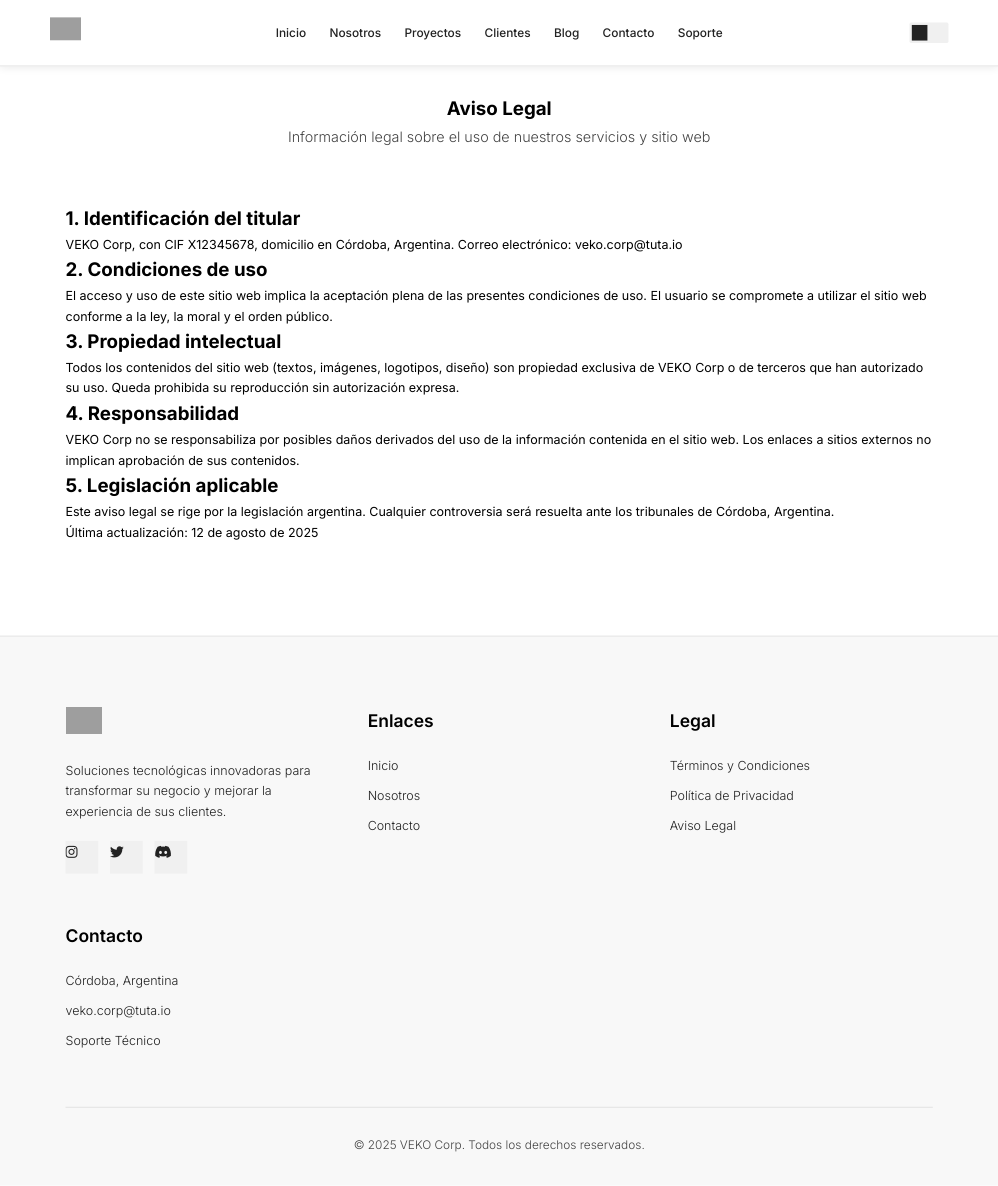
Repository: VEKO-Corp/veko-web
Page: aviso-legal.html
These files come from the project's save history. The page is drawn as it stood at one moment and after the next save; the edit follows.
The browser window is 1280 px wide. The pictures show the whole page, at 78% of full size.
Pictures or frames that could not be fetched are drawn as grey boxes.

Above is the page before, as saved 2025-08-11 20:40:39.

After the next save:
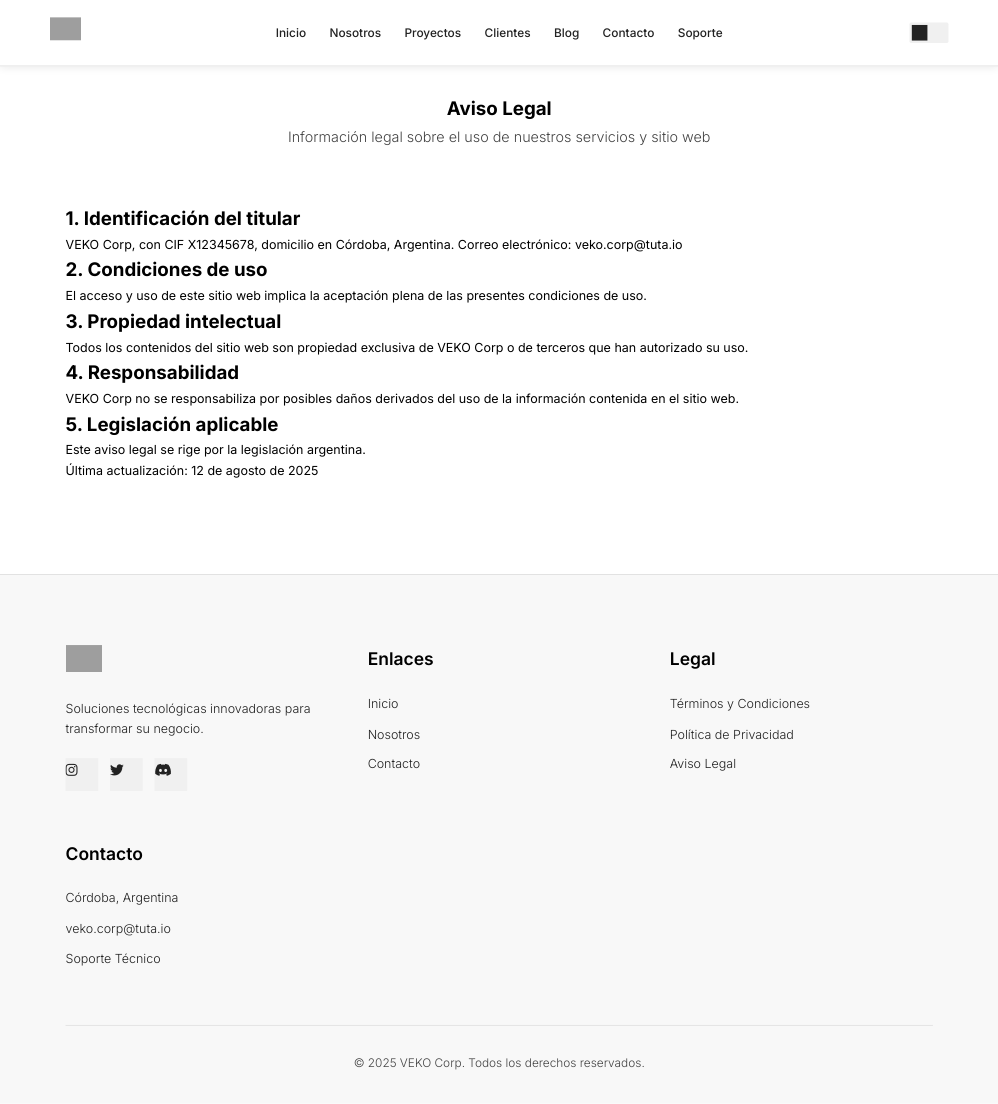
Saved 3 min 1 s later.
--- a/aviso-legal.html
+++ b/aviso-legal.html
@@ -32,28 +32,28 @@
         </div>
     </header>
 
-    <section class="legal-content">
+    <section class="section">
         <div class="container">
-            <div class="section-title fade-in">
+            <div class="section-title">
                 <h1>Aviso Legal</h1>
                 <p>Información legal sobre el uso de nuestros servicios y sitio web</p>
             </div>
 
-            <div class="legal-text fade-in delay-1">
+            <div class="legal-content">
                 <h2>1. Identificación del titular</h2>
                 <p>VEKO Corp, con CIF X12345678, domicilio en Córdoba, Argentina. Correo electrónico: veko.corp@tuta.io</p>
 
                 <h2>2. Condiciones de uso</h2>
-                <p>El acceso y uso de este sitio web implica la aceptación plena de las presentes condiciones de uso. El usuario se compromete a utilizar el sitio web conforme a la ley, la moral y el orden público.</p>
+                <p>El acceso y uso de este sitio web implica la aceptación plena de las presentes condiciones de uso.</p>
 
                 <h2>3. Propiedad intelectual</h2>
-                <p>Todos los contenidos del sitio web (textos, imágenes, logotipos, diseño) son propiedad exclusiva de VEKO Corp o de terceros que han autorizado su uso. Queda prohibida su reproducción sin autorización expresa.</p>
+                <p>Todos los contenidos del sitio web son propiedad exclusiva de VEKO Corp o de terceros que han autorizado su uso.</p>
 
                 <h2>4. Responsabilidad</h2>
-                <p>VEKO Corp no se responsabiliza por posibles daños derivados del uso de la información contenida en el sitio web. Los enlaces a sitios externos no implican aprobación de sus contenidos.</p>
+                <p>VEKO Corp no se responsabiliza por posibles daños derivados del uso de la información contenida en el sitio web.</p>
 
                 <h2>5. Legislación aplicable</h2>
-                <p>Este aviso legal se rige por la legislación argentina. Cualquier controversia será resuelta ante los tribunales de Córdoba, Argentina.</p>
+                <p>Este aviso legal se rige por la legislación argentina.</p>
 
                 <p>Última actualización: 12 de agosto de 2025</p>
             </div>
@@ -63,39 +63,39 @@
     <footer>
         <div class="container">
             <div class="footer-content">
-                <div class="footer-column fade-in">
+                <div class="footer-column">
                     <div class="logo-footer">
                         <img id="footer-logo" src="img/logo-light.png" alt="VEKO">
                     </div>
-                    <p>Soluciones tecnológicas innovadoras para transformar su negocio y mejorar la experiencia de sus clientes.</p>
+                    <p>Soluciones tecnológicas innovadoras para transformar su negocio.</p>
                     <div class="social-icons">
-                        <a href="https://instagram.com" class="social-icon" target="_blank" rel="noopener">
-                        <i class="fab fa-instagram"></i>
+                        <a href="https://instagram.com" class="social-icon">
+                            <i class="fab fa-instagram"></i>
                         </a>
-                        <a href="https://twitter.com" class="social-icon" target="_blank" rel="noopener">
-                        <i class="fab fa-twitter"></i>
+                        <a href="https://twitter.com" class="social-icon">
+                            <i class="fab fa-twitter"></i>
                         </a>
-                        <a href="https://discord.gg/Fd7Y59jMyu" class="social-icon" target="_blank" rel="noopener">
-                        <i class="fab fa-discord"></i>
+                        <a href="https://discord.gg/Fd7Y59jMyu" class="social-icon">
+                            <i class="fab fa-discord"></i>
                         </a>
                     </div>
                 </div>
 
-                <div class="footer-column fade-in delay-1">
+                <div class="footer-column">
                     <h3>Enlaces</h3>
                     <a href="index.html">Inicio</a>
                     <a href="nosotros.html">Nosotros</a>
                     <a href="contacto.html">Contacto</a>
                 </div>
 
-                <div class="footer-column fade-in delay-2">
+                <div class="footer-column">
                     <h3>Legal</h3>
                     <a href="terminos-y-condiciones-de-uso.html">Términos y Condiciones</a>
                     <a href="politica-de-privacidad.html">Política de Privacidad</a>
-                    <a href="aviso-legal.html" class="active">Aviso Legal</a>
+                    <a href="aviso-legal.html">Aviso Legal</a>
                 </div>
 
-                <div class="footer-column fade-in delay-3">
+                <div class="footer-column">
                     <h3>Contacto</h3>
                     <p>Córdoba, Argentina</p>
                     <p>veko.corp@tuta.io</p>
@@ -103,7 +103,7 @@
                 </div>
             </div>
 
-            <div class="footer-bottom fade-in delay-4">
+            <div class="footer-bottom">
                 <p>&copy; 2025 VEKO Corp. Todos los derechos reservados.</p>
             </div>
         </div>
